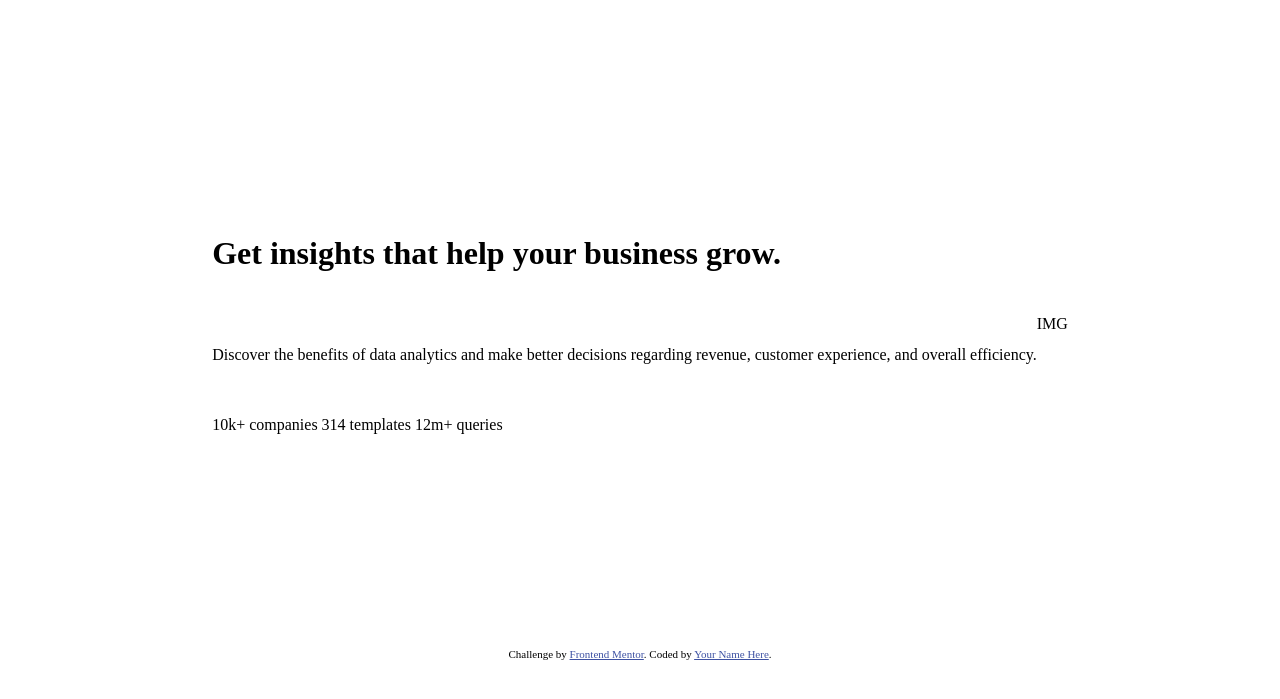
Repository: wasanmsn/Card_Challange
Page: index.html
These files come from the project's save history. The page is drawn as it stood at one moment and after the next save; the edit follows.
The browser window is 1280 px wide. The pictures show the whole page.

Above is the page before, as saved 2021-07-21 15:53:33.

### index.html
<!DOCTYPE html>
<html lang="en">

<head>
  <meta charset="UTF-8">
  <meta name="viewport" content="width=device-width, initial-scale=1.0">
  <!-- displays site properly based on user's device -->

  <link rel="icon" type="image/png" sizes="32x32" href="./images/favicon-32x32.png">
  <link rel="stylesheet" href="./stylesheet.css">

  <title>Frontend Mentor | Stats preview card component</title>

  <!-- Feel free to remove these styles or customise in your own stylesheet 👍 -->
  <style>
    .attribution {
      font-size: 11px;
      text-align: center;
    }

    .attribution a {
      color: hsl(228, 45%, 44%);
    }
  </style>
</head>

<body>
  <div class="container">
    <div class="column1">
      <h1>
        Get insights that help your business grow.
      </h1>
      <div>
        Discover the benefits of data analytics and make better decisions regarding revenue, customer
        experience, and overall efficiency.
      </div>
      <div>
        10k+ companies
        314 templates
        12m+ queries
      </div>
    </div>
      <div class="column2">
    IMG
    </div>
  </div>

  <div class="attribution">
    Challenge by <a href="https://www.frontendmentor.io?ref=challenge" target="_blank">Frontend Mentor</a>.
    Coded by <a href="#">Your Name Here</a>.
  </div>
</body>

</html>

### stylesheet.css
body{
    margin: 0;
    padding: 0;
}
.container{
    width: 100%;
    display: flex;
    height: 90vh;
    justify-content: center;
    align-items: center;

}
.column1{
    display: flex;
    flex-direction: column;
    justify-content: space-evenly;
    height: 50%;
    border: 2px saddlebrown black;
}

After the next save:
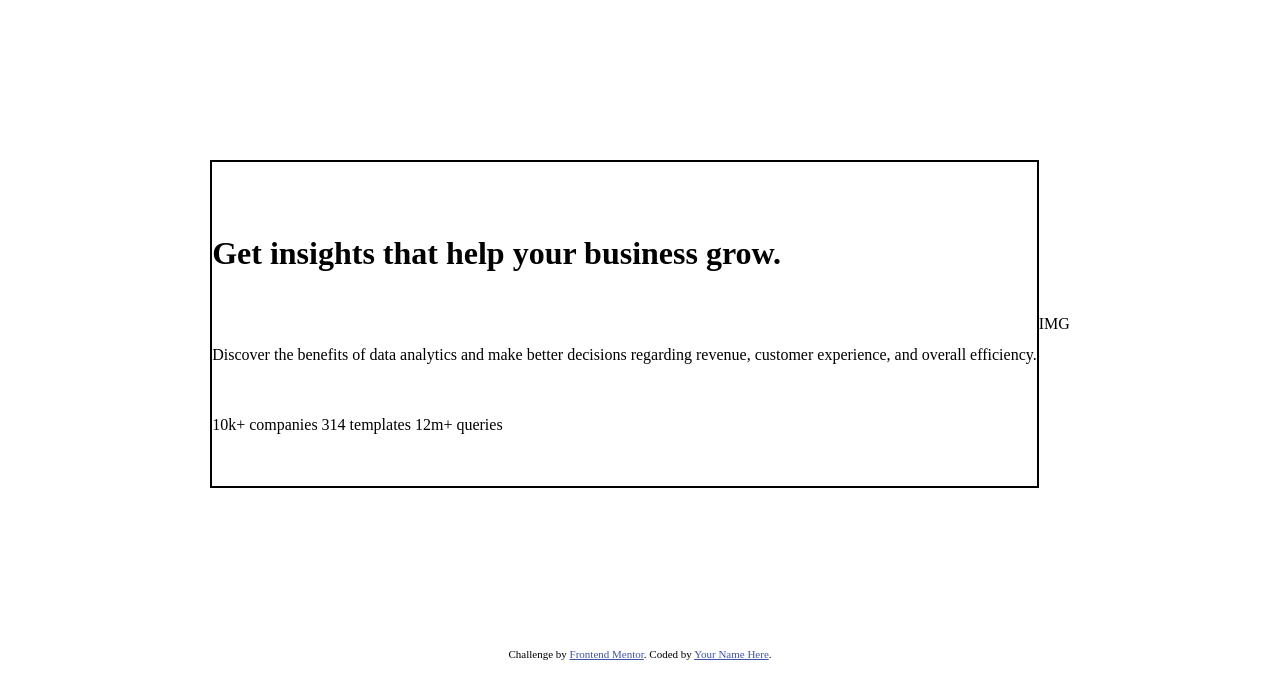
Saved 9 s later.
--- a/stylesheet.css
+++ b/stylesheet.css
@@ -15,5 +15,5 @@
     flex-direction: column;
     justify-content: space-evenly;
     height: 50%;
-    border: 2px saddlebrown black;
+    border: 2px solid black;
 }
